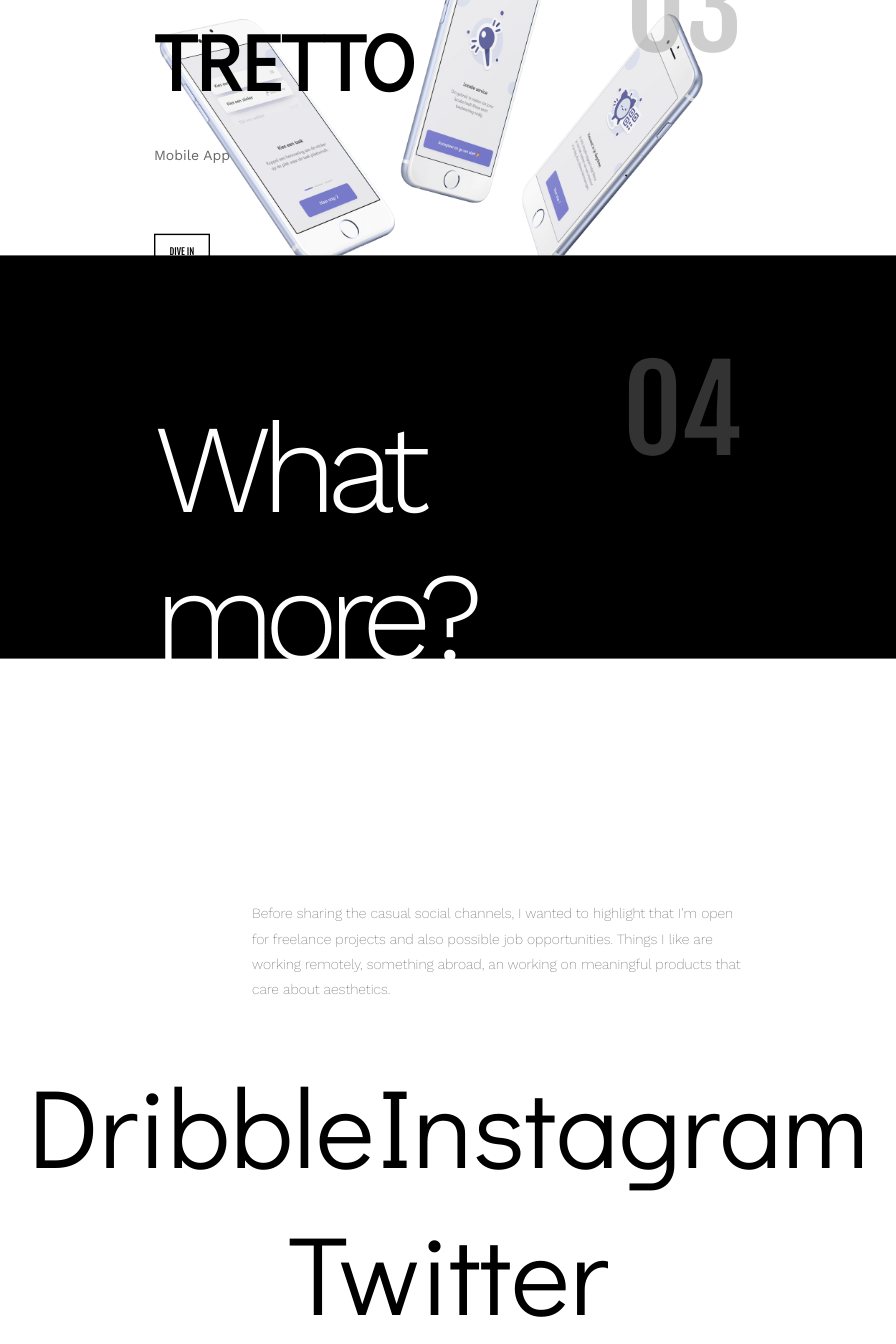
Repository: m0lt/DigitalDesigner
Page: index.html
An editor plug-in stored every save of this project. The page is shown before and after the next save, followed by the edit.
The browser window is 1280 px wide. The pictures show the part of the page from y = 3347 to 5267 px (the page is 5267 px tall), at 70% of full size.
Backgrounds fixed to the window are drawn as part of the page.

Above is the page before, as saved 2025-07-08 12:51:10.

### index.html
<!DOCTYPE html>
<html lang="en">
  <head>
    <meta charset="UTF-8" />
    <meta name="viewport" content="width=device-width, initial-scale=1.0" />
    <link rel="stylesheet" href="./assets/css/styles.css" />
    <link rel="stylesheet" href="./assets/css/styles.css" />
    <title>Project 1</title>
  </head>
  <body>
    <header></header>
    <main>
      <section id="hero">
        <p>Super Portfolio of</p>
        <h1>DIGITAL<br />DESIGNER</h1>
        <img src="./assets/img/portfolio1.jpeg" alt="Man Jumping on Rock" />
        <p>WORK</p>
      </section>
      <article id="ORBIS" class="dark content">
        <p class="Year">2019</p>
        <h2>ORBIS</h2>
        <p>Corporate Website</p>
        <div class="hoverAction">
          <button>DIVE IN</button>
          <p class="number">01</p>
        </div>
      </article>
      <article id="ROLLR" class="light content">
        <p class="Year">2019</p>
        <h2>ROLLR</h2>
        <p>Marketing Website</p>
        <div class="hoverAction">
          <button>DIVE IN</button>
          <p class="number">02</p>
        </div>
      </article>
      <article id="GALITOS" class="dark content">
        <p class="Year">2018</p>
        <h2>GALITO'S</h2>
        <p>Marketing Website</p>
        <div class="hoverAction">
          <button>DIVE IN</button>
          <p class="number">03</p>
        </div>
      </article>
      <article id="TRETTO" class="light content">
        <p class="Year">2018</p>
        <h2>TRETTO</h2>
        <p>Mobile App</p>
        <div class="hoverAction">
          <button>DIVE IN</button>
          <p class="number">04</p>
        </div>
      </article>
      <article id="more" class="content">
        <h2>What more?</h2>
        <div>
          <p>
            Before sharing the casual social channels, I wanted to highlight that I’m open for freelance projects and
            also possible job opportunities. Things I like are working remotely, something abroad, an working on
            meaningful products that care about aesthetics.
          </p>
          <a href="#hero">super@super.de</a>
        </div>
      </article>
    </main>
    <footer>
      <a href="">Dribble</a>

      <a href="">Instagram</a>

      <a href="">Twitter</a>
    </footer>
  </body>
</html>

### assets/css/styles.css
* {
  box-sizing: border-box;
  margin: 0;
  padding: 0;
}

:root {
  --void: #000;
  --bright: #fff;
  --dark: #333;
  --mid: #666;
  --light: #9e9e9e;
  --font-size: 16px;
}

@font-face {
  font-family: "Didact Gothic";
  src: url(../font/Didact_Gothic/DidactGothic-Regular.ttf);
}
@font-face {
  font-family: "Fjalla One";
  src: url(../font/Fjalla_One/FjallaOne-Regular.ttf);
}
@font-face {
  font-family: "Work Sans";
  src: url(../font/Work_Sans/WorkSans-VariableFont_wght.ttf);
}

html {
}

h1 {
  font-family: "Didact Gothic";
  font-size: 100px;
  font-weight: 100px;
  letter-spacing: -2px;
  margin: 30px;
}

h2 {
  font-family: "Didact Gothic";
  font-size: 112px;
  padding: 50px 0 50px 0;
}

.content {
  margin: 0 auto;
  padding: 150px 220px;
  height: 80vh;
  background-repeat: no-repeat;
  background-attachment: fixed;
  background-size: cover;
}

.content p {
  font-family: "Work Sans";
  font-size: 20px;
}

.content a {
  font-family: "Work Sans";
  font-size: 20px;
}
.content a:hover {
  cursor: pointer;
}

/* Strich vor der Jahreszahl */
.Year::before {
  content: "";
  display: inline-block;
  width: 17px;
  height: 2px;
  margin-right: 8px;
  vertical-align: middle;
}

button {
  border-width: 2px;
  border-style: solid;
  padding: 15px 20px;
  margin: 100px 0;
  background-color: transparent;
  font-family: "Fjalla One";
}

button:hover {
  cursor: pointer;
}

p.number {
  font-size: 165px;
  opacity: 50%;
  font-family: "Fjalla One";
  text-align: end;
}

/* !=============Color Scheme: Dark=============== */
.dark p {
  color: var(--light);
}
.dark h2 {
  color: var(--bright);
}
.dark button {
  border-color: var(--light);
  color: var(--bright);
}
.dark button:hover {
  border-color: var(--light);
  background-color: var(--bright);
  color: var(--void);
}

.dark button:hover + .number {
  color: var(--bright);
  opacity: 100%;
}

.dark .Year::before {
  background-color: var(--light);
}

/* !=============Color Scheme: Light=============== */

.light p {
  color: var(--mid);
}
.light h2 {
  color: var(--void);
}
.light button {
  border-color: var(--void);
  color: var(--void);
}

.light button:hover {
  border-color: var(--light);
  background-color: var(--void);
  color: var(--bright);
}
.light button:hover + .number {
  color: var(--void);
  opacity: 100%;
}
.light .Year::before {
  background-color: var(--mid);
}

/* #==============Sections=============== */

#hero {
  text-align: center;
  margin: 20px;
}
#hero p {
  font-family: "Work Sans";
}
#hero p:nth-of-type(1) {
  font-size: 20px;
}
#hero p:nth-of-type(2) {
  margin: 50px;
  font-size: 160px;
}

/* Dark */
#ORBIS {
  background-image: url("../img/portfolio2.jpg");
}

/* article#ROLLR:has(button:hover) .number {
  color: var(--bright);

} */
/* Light */
#ROLLR {
  background-image: url("../img/portfolio3.png");
}
/* Dark */
#GALITOS {
  background-image: url("../img/portfolio4.jpg");
}
/* Light */
#TRETTO {
  background-image: url("../img/portfolio5.png");
}

#more {
  background-color: var(--void);
}

#more h2 {
  font-size: 180px;
  font-family: "Work Sans";
  font-weight: 300;
  letter-spacing: -15px;
  color: var(--bright);
}

#more div {
  margin-top: 250px;
  width: 700px;
  float: right;
}
#more p {
  color: var(--mid);
  font-weight: 200;
  line-height: 180%;
}
#more a {
  padding-top: 30px;
  font-size: 60px;
  font-weight: 300;
  color: var(--bright);
  letter-spacing: -5px;
  text-decoration: none;
}
#more a:hover {
  text-decoration: underline;
}

footer {
  text-align: center;
  height: 100vh;
}
footer a {
  font-size: 160px;
  font-family: "Didact Gothic";
  font-weight: 200;
  color: var(--void);
  margin: 170px 0;
  text-decoration: none;
}

footer a:hover {
  cursor: pointer;
  text-decoration: underline;
}

After the next save:
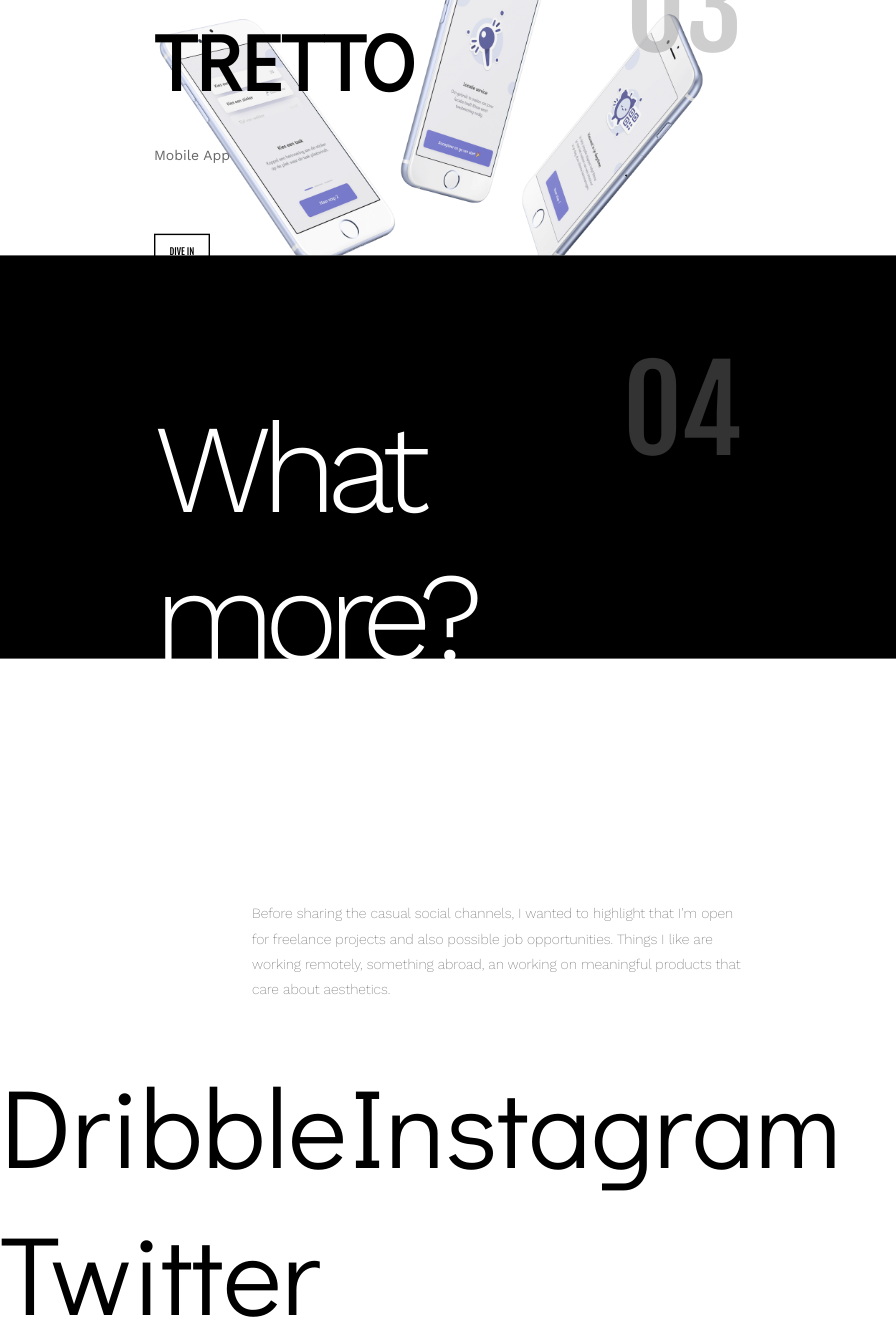
Saved 26 s later.
--- a/assets/css/styles.css
+++ b/assets/css/styles.css
@@ -220,7 +220,7 @@ p.number {
   text-decoration: underline;
 }
 
-footer {
+footer div {
   text-align: center;
   height: 100vh;
 }
